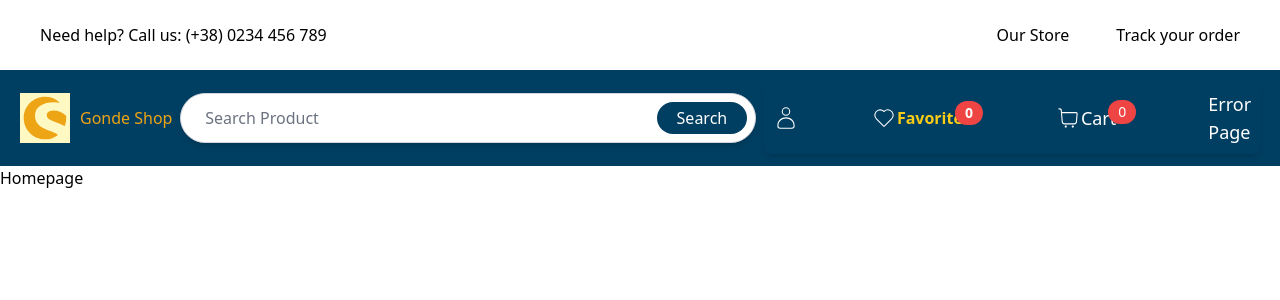
Repository: gonde-974/electonshop
Page: / (app in electonshop/)
An editor plug-in stored every save of this project. The page is shown before and after the next save, followed by the edit.
The browser window is 1280 px wide. The pictures show the whole page.
The project was rebuilt for these pictures with package versions that can differ from the ones it lists, and the page was loaded fresh each time. Also part of the build but not shown: electonshop/vite.config.js, electonshop/src/pages/ProductPage.jsx, electonshop/src/pages/SingleProductPage.jsx, electonshop/src/pages/CartPage.jsx, electonshop/src/pages/ErrorPage.jsx.

Above is the page before, as saved 2025-03-19 18:42:44.

### electonshop/index.html
<!doctype html>
<html lang="en">
  <head>
    <meta charset="UTF-8" />
    <link rel="icon" type="image/svg+xml" href="/vite.svg" />
    <meta name="viewport" content="width=device-width, initial-scale=1.0" />
    <title>Project ELECTON SHOP</title>
  </head>
  <body>
    <div id="root"></div>
    <script type="module" src="/src/main.jsx"></script>
  </body>
</html>

### electonshop/src/main.jsx
import { StrictMode } from 'react'
import { createRoot } from 'react-dom/client'
import './index.css'
import App from './App.jsx'
import { createBrowserRouter, RouterProvider } from 'react-router-dom'
import Homepage from './pages/Homepage.jsx'
import ProductPage from './pages/ProductPage.jsx'
import SingleProductPage from './pages/SingleProductPage.jsx'
import CartPage from './pages/CartPage.jsx'
import ErrorPage from './pages/ErrorPage.jsx'

//Router
const router = createBrowserRouter([
  {
    path: '/',
    element: <App />,
    errorElement: <ErrorPage/>,
    children: [
      { path: '/', element: <Homepage /> },
      { path: '/productPage', element: <ProductPage /> },
      { path: '/singleProductPage/:productId', element: <SingleProductPage /> },
      { path: '/cart', element: <ErrorPage /> }
    ]
  }
])

createRoot(document.getElementById('root')).render(
  <StrictMode>
    <RouterProvider router={router}/>
  </StrictMode>
)

### electonshop/src/index.css
@tailwind base;
@tailwind components;
@tailwind utilities;

@layer components {

  /* STYLE NAV BAR COMPONENT */
  .navbar {
    @apply bg-mainBlue text-mainBlue p-5 flex justify-between items-center h-24;
  }

  .navbar-list {
    @apply hidden md:flex items-center space-x-6;
  }

  .navbar-logo {
    @apply text-2xl font-bold;
  }

  .nav-link {
    @apply text-white hover:text-gray-400 transition duration-300;
  }

  .nav-link-active {
    @apply text-yellow-400 font-semibold;
  }

  /* LOGO */
  .logo {
    @apply flex items-center gap-[10px] text-mainYellow
  }

  .logoImage {
    @apply text-[50px] bg-yellow-100 p-[3px]
  }


    /* SEARCH CONTAINER */
    .search-container {
      @apply flex items-center bg-white border border-gray-300 rounded-full shadow-md p-2 w-full max-w-sm
             sm:max-w-md md:max-w-lg lg:max-w-xl;
    }

    /* SEARCH INPUT */
    .search-input {
      @apply flex-grow px-3 py-1 text-blackTextColor placeholder-gray-500 outline-none bg-transparent
             sm:px-3 md:px-4;
    }

    /* SEARCH BUTTON */
    .search-button {
      @apply bg-mainBlue text-whiteTextColor px-3 py-1 rounded-full hover:bg-mainYellow transition-all
             sm:px-4 md:px-5;
    }

    @layer components {
      /* NAVBAR CONTAINER */
      .navbar-container {
        @apply flex justify-center items-center bg-mainBlue px-4 py-2 rounded-lg shadow-md
               w-full max-w-[90%] sm:max-w-[80%] md:max-w-[60%] lg:max-w-[50%] xl:max-w-[40%];
      }

      /* NAVBAR LIST */
      .navbar-list {
        @apply flex items-center justify-center gap-3
               sm:gap-5 md:gap-7 lg:gap-9 xl:gap-12;
      }

      /* NAVIGATION LINKS */
      .nav-link {
        @apply flex items-center gap-1 text-white text-sm font-medium transition-all
               hover:text-gray-200 hover:scale-105 sm:text-base md:text-lg;
      }

      .nav-link-active {
        @apply text-yellow-400 font-semibold;
      }

      /* ICON WRAPPER - Поставување на иконата и counter-от */
      .icon-wrapper {
        @apply flex items-center relative pr-3 sm:pr-4 md:pr-5;
      }

      /* ICON STYLE */
      .icon {
        @apply text-white text-[18px] sm:text-[22px] md:text-[24px] lg:text-[26px];
      }

      /* COUNTER - Мал, суптилно поставен со простор */
      .nav-counter {
        @apply text-[6px] bg-red-500 text-white px-3.5 py-0.5 rounded-full
               absolute -top-1 right-0 sm:text-xs sm:px-2 md:text-sm md:px-2.5;
      }
    }




  /* Styles for Mobile Menu */
  .mobile-menu {
    @apply absolute top-16 left-0 w-full bg-gray-900 p-4 flex flex-col space-y-4 md:hidden;
  }

  .hamburger {
    @apply md:hidden text-white text-2xl cursor-pointer;
  }

  /* STYLE ERROR PAGE COMPONENT */
  .error-container {
    @apply flex flex-col items-center justify-center min-h-screen text-center bg-gray-900 text-white p-6;
  }

  .error-icon {
    @apply text-yellow-400 mb-4 w-16 h-16 sm:w-20 sm:h-20 md:w-24 md:h-24;
  }

  .error-title {
    @apply text-2xl sm:text-3xl md:text-4xl font-bold mb-2;
  }

  .error-text {
    @apply text-base sm:text-lg md:text-xl text-gray-300 mb-6 max-w-lg;
  }

  .error-button {
    @apply bg-yellow-500 hover:bg-yellow-600 text-gray-900 font-semibold px-4 py-2 sm:px-6 sm:py-3 md:px-8 md:py-4 rounded-lg transition;
  }

  /* HEADING COMPONENT */
  .heading-container {
    @apply w-full max-w-[1200px] mx-auto flex flex-col justify-center items-center h-[70px] gap-[10px];
  }

  @screen md {
    .heading-container {
      @apply flex-row justify-between;
    }
  }

  .heading-text {
    @apply text-black text-[16px];
  }

  .info-wrapper {
    @apply flex items-center gap-[16px];
  }

  .info-block {
    @apply flex items-center gap-[5px];
  }

  .icon {
    @apply text-black text-[25px];
  }
}

### electonshop/src/App.jsx
import { useState } from 'react'

import './App.css'
import NavBarComponent from './components/NavBarComponent'
import { Outlet } from 'react-router-dom'

function App() {


  return (
    <>
     <div>
      <NavBarComponent />
      <Outlet />
     </div>


    </>
  )
}

export default App

### electonshop/src/components/NavBarComponent.jsx
import React, { useState } from "react";
import { NavLink } from "react-router-dom";
import { Menu, X } from "lucide-react";
import HeadingComponent from "./HeadingComponent";

// ICONS
import { FaShopware } from "react-icons/fa";
import { CiUser, CiHeart, CiShoppingCart } from "react-icons/ci";

function NavBarComponent() {
  const [isOpen, setIsOpen] = useState(false);

  return (
    <>
      <HeadingComponent />
      <nav className="navbar">
        {/* Logo */}
        <div className="logo">
          <FaShopware className="logoImage" />
          <span>Gonde Shop</span>
        </div>

        {/* Search Bar */}
        <div className="search-container">
          <input type="text" placeholder="Search Product" className="search-input" />
          <button className="search-button">Search</button>
        </div>

        {/* Hamburger Menu */}
        <button onClick={() => setIsOpen(!isOpen)} className="hamburger">
          {isOpen ? <X /> : <Menu />}
        </button>

        {/* Desktop Navbar */}
        <div className="navbar-container">
          <ul className="navbar-list">
            <li>
              <NavLink to="/" className={({ isActive }) => (isActive ? "nav-link-active" : "nav-link")}>
                <CiUser className="icon" />
              </NavLink>
            </li>
            <li>
              <NavLink to="/" className={({ isActive }) => (isActive ? "nav-link-active" : "nav-link")}>
                <div className="icon-wrapper">
                  <CiHeart className="icon" />
                  <span className="nav-counter">0</span>
                  Favorite
                </div>
              </NavLink>
            </li>
            <li>
              <NavLink to="/cart/:productId" className={({ isActive }) => (isActive ? "nav-link-active" : "nav-link")}>
                <div className="icon-wrapper">
                  <CiShoppingCart className="icon" />
                  <span className="nav-counter">0</span>
                  Cart
                </div>
              </NavLink>
            </li>
            <li>
              <NavLink to="/error" className={({ isActive }) => (isActive ? "nav-link-active" : "nav-link")}>
                Error Page
              </NavLink>
            </li>
          </ul>
        </div>

        {/* Mobile Navbar */}
        {isOpen && (
          <ul className="mobile-menu">
            <li>
              <NavLink to="/" className="nav-link" onClick={() => setIsOpen(false)}>
                Home Page
              </NavLink>
            </li>
            <li>
              <NavLink to="/productPage" className="nav-link" onClick={() => setIsOpen(false)}>
                Product Page
              </NavLink>
            </li>
            <li>
              <NavLink to="/singleProductPage/:productId" className="nav-link" onClick={() => setIsOpen(false)}>
                Single Product Page
              </NavLink>
            </li>
            <li>
              <NavLink to="/cart" className="nav-link" onClick={() => setIsOpen(false)}>
                Cart Page
              </NavLink>
            </li>
          </ul>
        )}
      </nav>
    </>
  );
}

export default NavBarComponent;

### electonshop/src/components/HeadingComponent.jsx
import React from 'react';
import { CiLocationOn, CiDeliveryTruck } from "react-icons/ci";

function HeadingComponent() {
  return (
    <div className="heading-container">
        <h3 className="heading-text">Need help? Call us: (+38) 0234 456 789</h3>
        <div className="info-wrapper">
            <div className="info-block">
                <CiLocationOn className="icon" />
                <span>Our Store</span>
            </div>
            <div className="info-block">
                <CiDeliveryTruck className="icon" />
                <span>Track your order</span>
            </div>
        </div>
    </div>
  );
}

export default HeadingComponent;

### electonshop/tailwind.config.js
/** @type {import('tailwindcss').Config} */
export default {
  content: [
    "./index.html",
    "./src/**/*.{js,ts,jsx,tsx}",
  ],
  theme: {
    extend: {
      colors:{
        'mainBlue': '#003F62',
        'mainYellow': '#EDA415',
        'mainRed': '#C33131',
        'whiteTextColor': '#FFFFFF',
        'blackTextColor': '#292D32',
        'lightBlueColor': '#E22F4F',
        'lightGreenColor': '#30BD57'
      }
    },
  },
  plugins: [],
}

Loaded but not shown: electonshop/src/pages/Homepage.jsx (common file); electonshop/src/App.css (no stored copy; drawn as an empty file)

After the next save:
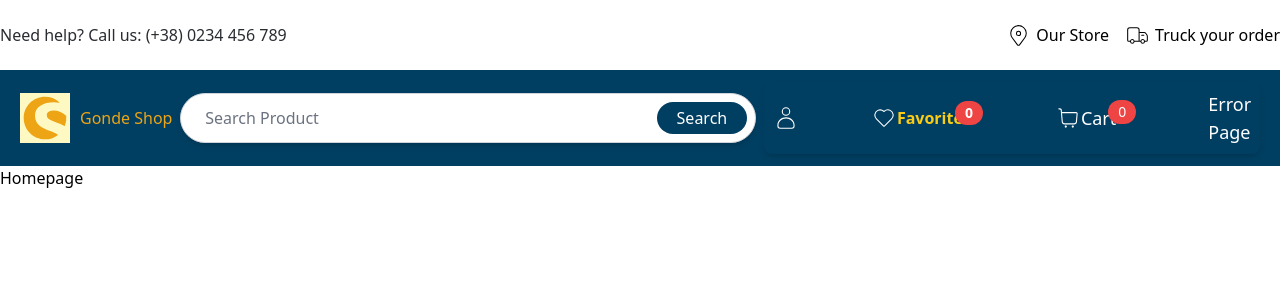
Saved 31 s later.
--- a/electonshop/src/components/HeadingComponent.jsx
+++ b/electonshop/src/components/HeadingComponent.jsx
@@ -1,22 +1,25 @@
-import React from 'react';
-import { CiLocationOn, CiDeliveryTruck } from "react-icons/ci";
+import React from 'react'
+
+// ICONS
+import { CiLocationOn } from "react-icons/ci";
+import { CiDeliveryTruck } from "react-icons/ci";
 
 function HeadingComponent() {
   return (
-    <div className="heading-container">
-        <h3 className="heading-text">Need help? Call us: (+38) 0234 456 789</h3>
-        <div className="info-wrapper">
-            <div className="info-block">
-                <CiLocationOn className="icon" />
+    <div className='container mx-auto flex flex-col md:flex-row justify-center items-center md:justify-between h-[70px] gap-[10px]'>
+        <h3 className='text-blackTextColor'>Need help? Call us: (+38) 0234 456 789</h3>
+        <div className='flex items-center gap-[16px]'>
+            <div className='flex items-center gap-[5px]'>
+                <CiLocationOn color="black" size={25}/>
                 <span>Our Store</span>
             </div>
-            <div className="info-block">
-                <CiDeliveryTruck className="icon" />
-                <span>Track your order</span>
+            <div className='flex items-center gap-[5px]'>
+                <CiDeliveryTruck color="black" size={25}/>
+                <span>Truck your order</span>
             </div>
         </div>
     </div>
-  );
+  )
 }
 
-export default HeadingComponent;
+export default HeadingComponent
